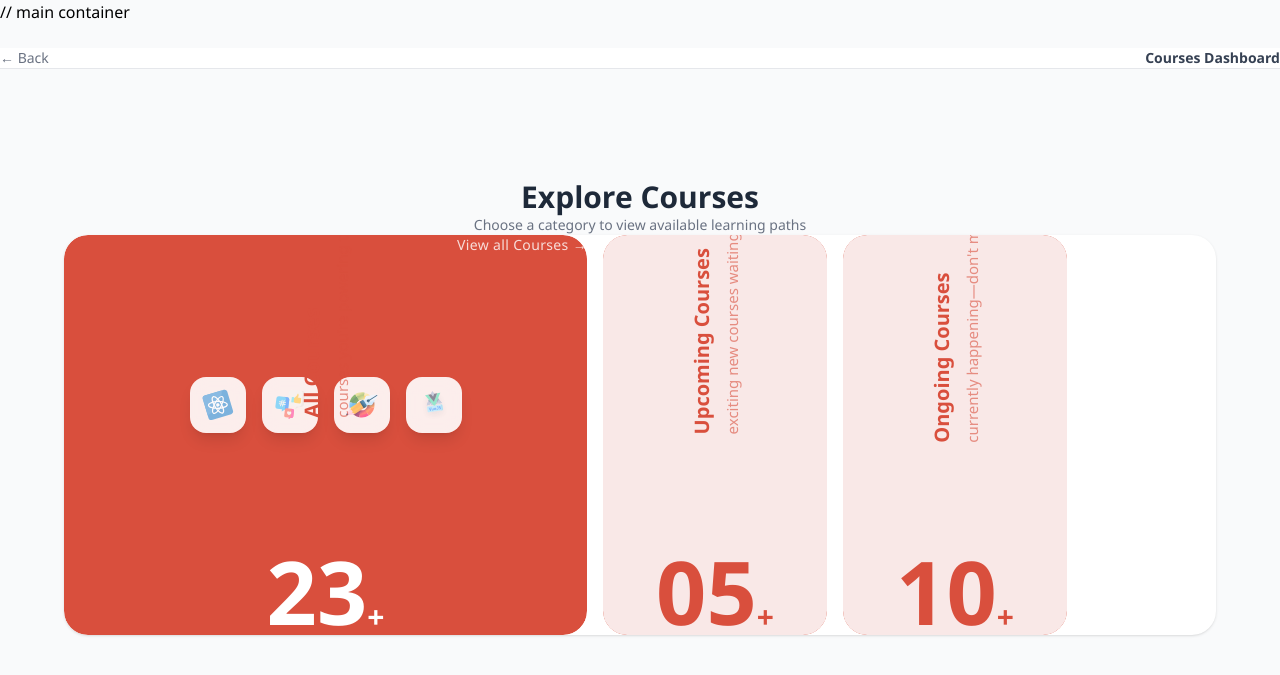
Repository: RahulRajKhadka/nextjs-dashboard-app
Page: /task2
These files come from the project's save history. The page is drawn as it stood at one moment and after the next save; the edit follows.
The browser window is 1280 px wide. The pictures show the whole page.
The project was rebuilt for these pictures with package versions that can differ from the ones it lists, and the page was loaded fresh each time. The framework's server and built-in components were replaced by stand-ins that run in the browser. Also part of the build but not shown: next.config.ts.

Above is the page before, as saved 2026-04-11 11:47:39.

### src/app/layout.tsx
import type { Metadata } from "next";
import "./globals.css";

export const metadata: Metadata = {
  title: "SkillShikshya Tasks",
  description: "Frontend & Logical Tasks",
};

export default function RootLayout({
  children,
}: {
  children: React.ReactNode;
}) {
  return (
    <html lang="en">
      <body>{children}</body>
    </html>
  );
}

### src/app/task2/page.tsx
"use client";
import dynamic from "next/dynamic";
import Link from "next/link";

const CourseCards = dynamic(() => import("@/components/task2/CourseCards"), {
  loading: () => (
    <div className="flex items-center justify-center h-[300px] text-gray-400 text-sm">
      Loading courses...
    </div>
  ),
  ssr: false,
});

export default function Task2Page() {
  return (
    <main className="min-h-screen bg-gray-50 flex flex-col gap-6 "> // main container

      {/* Top Bar */}
      <div className="flex items-center justify-between px-6 md:px-10 py-4 border-b border-gray-200 bg-white">
        <Link
          href="/"
          className="text-sm text-gray-500 hover:text-gray-900 transition-colors"
        >
          ← Back
        </Link>

        <span className="text-sm font-semibold text-gray-700">
          Courses Dashboard
        </span>
      </div>

      {/* Centered Content */}
      <div className="flex-1 flex items-center justify-center px-4 py-10">

        <div className="w-full max-w-6xl">

          {/* Heading */}
          <div className="mb-8 text-center mt-10">
            <h1 className="text-3xl font-bold text-gray-800">
              Explore Courses
            </h1>
            <p className="text-gray-500 text-sm mt-2">
              Choose a category to view available learning paths
            </p>
          </div>

          {/* Cards */}
          <div className="bg-white rounded-3xl shadow-sm p-4 md:p-6">
            <CourseCards />
          </div>

        </div>

      </div>
    </main>
  );
}

### src/app/globals.css
@import "tailwindcss";

* {
  margin: 0;
  padding: 0;
  box-sizing: border-box;
}

html {
  scroll-behavior: smooth;
}

body {
  font-family: "Segoe UI", sans-serif;
  background-color: #f5f5f5;
}

.vertical-text {
  writing-mode: vertical-rl;
  transform: rotate(180deg);
}

### src/components/task2/CourseCards.tsx
"use client";

import { useState, useRef, useLayoutEffect } from "react";
import CourseCard from "./CourseCard";
import { courseCardsData } from "./courseCardsData";
import gsap from "gsap";

export default function CourseCards() {
  const [expandedId, setExpandedId] = useState<number>(1);
  const cardRefs = useRef<(HTMLDivElement | null)[]>([]);
  const containerRef = useRef<HTMLDivElement>(null);
  const expandedWidth = useRef(0);
  const collapsedWidth = useRef(0);
  const isAnimating = useRef(false);

  useLayoutEffect(() => {
    const container = containerRef.current;
    if (!container) return;

    const totalWidth = container.clientWidth;
    const gap = 16;
    const totalGap = gap * (courseCardsData.length - 1);
    const unit = (totalWidth - totalGap) / courseCardsData.length;
    expandedWidth.current = unit * 1.4;
    collapsedWidth.current = unit * 0.6;

    cardRefs.current.forEach((el, i) => {
      if (el) {
        gsap.set(el, {
          width:
            courseCardsData[i].id === expandedId
              ? expandedWidth.current
              : collapsedWidth.current,
        });
      }
    });
  }, [expandedId]);

  const labelElements = useRef<Map<number, HTMLDivElement>>(new Map());
  const numberElements = useRef<Map<number, HTMLDivElement>>(new Map());

  const setLabelRef = (id: number) => (el: HTMLDivElement | null) => {
    if (el) labelElements.current.set(id, el);
    else labelElements.current.delete(id);
  };

  const setNumberRef = (id: number) => (el: HTMLDivElement | null) => {
    if (el) numberElements.current.set(id, el);
    else numberElements.current.delete(id);
  };

  const handleClick = (courseId: number) => {
    if (courseId === expandedId || isAnimating.current) return;

    const prevIndex = courseCardsData.findIndex(
      (c) => c.id === expandedId
    );
    const newIndex = courseCardsData.findIndex(
      (c) => c.id === courseId
    );
    const newCourse = courseCardsData[newIndex];

    const oldLabel = labelElements.current.get(expandedId);
    const oldNumber = numberElements.current.get(expandedId);
    const newLabel = labelElements.current.get(courseId);
    const newNumber = numberElements.current.get(courseId);

    if (!newLabel || !newNumber) return;

    isAnimating.current = true;

    const tl = gsap.timeline({
      onComplete: () => {
        isAnimating.current = false;
      },
    });

    tl.to(
      cardRefs.current[prevIndex],
      {
        width: collapsedWidth.current,
        duration: 0.5,
        ease: "power3.inOut",
      },
      0
    );

    if (oldLabel) {
      tl.to(
        oldLabel,
        {
          rotation: -90,
          x: 0,
          y: 0,
          color: newCourse.textColor,
          duration: 0.5,
          ease: "power2.inOut",
        },
        0
      );
    }

    if (oldNumber) {
      tl.to(
        oldNumber,
        {
          color: newCourse.textColor,
          duration: 0.3,
        },
        0
      );
    }

    tl.call(() => {
      setExpandedId(courseId);
    }, null, 0.25);

    tl.to(
      cardRefs.current[newIndex],
      {
        width: expandedWidth.current,
        duration: 0.5,
        ease: "power3.inOut",
      },
      0.25
    );

    const labelRect = newLabel.getBoundingClientRect();
    const numberRect = newNumber.getBoundingClientRect();
    const gap = 16;

    const targetX =
      numberRect.right +
      gap -
      (labelRect.left + labelRect.width / 2);
    const targetY =
      numberRect.top +
      numberRect.height / 2 -
      (labelRect.top + labelRect.height / 2);

    tl.fromTo(
      newLabel,
      {
        rotation: -90,
        x: 0,
        y: 0,
        color: newCourse.textColor,
      },
      {
        rotation: 0,
        x: targetX,
        y: targetY,
        color: "#ffffff",
        duration: 0.5,
        ease: "back.out(0.3)",
      },
      0.25
    );

    tl.to(
      newNumber,
      {
        color: "#ffffff",
        duration: 0.3,
      },
      0.4
    );
  };

  return (
    <div
      ref={containerRef}
      className="flex gap-4 box-border w-full my-8 min-h-[200px] md:min-h-[200px] lg:min-h-[400px]"
    >
      {courseCardsData.map((course, i) => (
        <div
          key={course.id}
          ref={(el) => {
            cardRefs.current[i] = el;
          }}
          className="shrink-0 overflow-hidden my-auto rounded-3xl"
        >
          <CourseCard
            course={course}
            isExpanded={expandedId === course.id}
            direction={i === 0 ? "right" : "left"}
            isLeftmost={i === 0}
            onClick={() => handleClick(course.id)}
            setLabelRef={setLabelRef(course.id)}
            setNumberRef={setNumberRef(course.id)}
          />
        </div>
      ))}
    </div>
  );
}

### src/components/task2/CourseCard.tsx
"use client";

import Image from "next/image";
import { useRef, useLayoutEffect } from "react";
import { CourseCard as CourseCardType } from "@/types";
import gsap from "gsap";

interface Props {
  course: CourseCardType;
  isExpanded: boolean;
  onClick: () => void;
  direction: "left" | "right";
  isLeftmost?: boolean;
  setLabelRef: (el: HTMLDivElement | null) => void;
  setNumberRef: (el: HTMLDivElement | null) => void;
}

export default function CourseCard({
  course,
  isExpanded,
  onClick,
  direction,
  isLeftmost = false,
  setLabelRef,
  setNumberRef,
}: Props) {
  const numberRef = useRef<HTMLDivElement>(null);
  const collapsedLabelRef = useRef<HTMLDivElement>(null);
  const iconsRef = useRef<(HTMLSpanElement | null)[]>([]);
  const topbarRef = useRef<HTMLDivElement>(null);
  const expandedViewRef = useRef<HTMLDivElement>(null);
  const circleRef = useRef<HTMLDivElement>(null);

  // Pass refs to parent
  useLayoutEffect(() => {
    setLabelRef(collapsedLabelRef.current);
    setNumberRef(numberRef.current);
  }, [setLabelRef, setNumberRef]);

  // Internal animations (circle, number colour, topbar, icons) – label is handled by parent
  useLayoutEffect(() => {
    if (!numberRef.current || !circleRef.current) return;

    if (isExpanded) {
      const tl = gsap.timeline();
      gsap.set(expandedViewRef.current, { display: "grid" });

      tl.to(circleRef.current, {
        clipPath: "circle(0% at 0% 100%)",
        duration: 0.8,
        ease: "power3.inOut",
      }, 0);

      tl.to(numberRef.current, {
        color: "#ffffff",
        duration: 0.3,
      }, 0.2);

      const topbarFromX = direction === "left" ? 60 : -60;
      tl.fromTo(topbarRef.current,
        { opacity: 0, y: -15, x: topbarFromX },
        { opacity: 1, y: 0, x: 0, duration: 0.5, ease: "power2.out" },
        0.3
      );

      const iconsFromX = direction === "left" ? 120 : -120;
      gsap.set(iconsRef.current, { x: iconsFromX, opacity: 0 });
      iconsRef.current.forEach((icon, i) => {
        tl.to(icon, {
          x: 0,
          opacity: 1,
          duration: 0.4,
          ease: "power2.out",
        }, 0.4 + i * 0.08);
      });
    } else {
      const tl = gsap.timeline();

      tl.to(circleRef.current, {
        clipPath: "circle(130% at 0% 80%)",
        duration: 0.6,
        ease: "power3.inOut",
      }, 0);

      tl.to(numberRef.current, {
        color: course.textColor,
        duration: 0.3,
      }, 0.1);

      tl.set(expandedViewRef.current, { display: "none" }, 0.3);
      tl.set(iconsRef.current, { clearProps: "x,opacity" }, 0.4);
      tl.set(topbarRef.current, { clearProps: "x,y,opacity" }, 0.4);
    }
  }, [isExpanded, direction, course.textColor]);

  return (
    <div
      onClick={onClick}
      className="relative rounded-3xl overflow-hidden cursor-pointer h-full w-full"
      style={{ backgroundColor: course.bgExpanded }}
    >
      {/* Background circle */}
      <div
        ref={circleRef}
        className="absolute inset-0 z-[1]"
        style={{ backgroundColor: course.bg, clipPath: "circle(150% at 0% 100%)" }}
      />

   <div className="absolute inset-0 z-[3] flex flex-col justify-between items-center pointer-events-none py-6">

  {/* Label - sits at top */}
  <div
    ref={collapsedLabelRef}
    className="flex flex-col gap-1"
    style={{ transform: "rotate(-90deg)", color: course.textColor }}
  >
    <span className="font-bold text-[20px] whitespace-nowrap">{course.label}</span>
    <p className="text-[15px] opacity-60 whitespace-nowrap">{course.sublabel}</p>
  </div>

  {/* Number - sits at bottom */}
  <div ref={numberRef} style={{ color: course.textColor }}>
    <div className="flex items-end">
      <span className="font-black leading-none" style={{ fontSize: "clamp(3.5rem,7vw,5.5rem)" }}>
        {String(course.count).padStart(2, "0")}
      </span>
      <span className="font-black text-3xl mb-2 ml-1">+</span>
    </div>
  </div>

</div>

      {/* EXPANDED VIEW – unchanged */}
      <div
        ref={expandedViewRef}
        className="absolute inset-0 z-[2] p-5"
        style={{ display: isExpanded ? "grid" : "none", gridTemplateRows: "auto 1fr auto" }}
      >
        <div ref={topbarRef} className="flex justify-end mt-40 opacity-0">
          <span className="text-white/80 text-sm font-medium tracking-wide">
            View all Courses →
          </span>
        </div>
        <div className="flex gap-4 items-center justify-center">
          {course.icons?.map((iconPath, i) => (
            <span
              key={i}
              ref={(el) => (iconsRef.current[i] = el)}
              className="w-14 h-14 rounded-2xl bg-white/90 backdrop-blur-sm flex items-center justify-center shadow-lg"
            >
              <Image src={iconPath} alt="" width={32} height={32} className="opacity-80" />
            </span>
          ))}
        </div>
        <div className="h-20" />
      </div>
    </div>
  );
}

### src/components/task2/courseCardsData.ts
import { CourseCard } from "@/types";

export const courseCardsData: CourseCard[] = [
  {
    id: 1,
    count: "23",
    label: "All Courses",
    sublabel: "courses you're powering through right now.",
    bg: "#F9E8E7",        // ← was "#D94F3D", should be light pink
    textColor: "#D94F3D",  // ← was "white", red for collapsed state
    bgExpanded: "#D94F3D",
    icons: ["/images/react.svg", "/images/likes.svg", "/images/design.svg", "/images/view.svg"],
  },
  {
    id: 2,
    count: "05",
    label: "Upcoming Courses",
    sublabel: "exciting new courses waiting to boost your skills.",
    bg: "#F9E8E7",
    textColor: "#D94F3D",
    bgExpanded: "#D94F3D",
    icons: ["/images/react.svg", "/images/likes.svg", "/images/design.svg", "/images/view.svg"],
  },
  {
    id: 3,
    count: "10",
    label: "Ongoing Courses",
    sublabel: "currently happening—don't miss out on the action!",
    bg: "#F9E8E7",
    textColor: "#D94F3D",
    bgExpanded: "#D94F3D",
    icons: ["/images/react.svg", "/images/likes.svg", "/images/design.svg", "/images/view.svg"],
  },
];

After the next save:
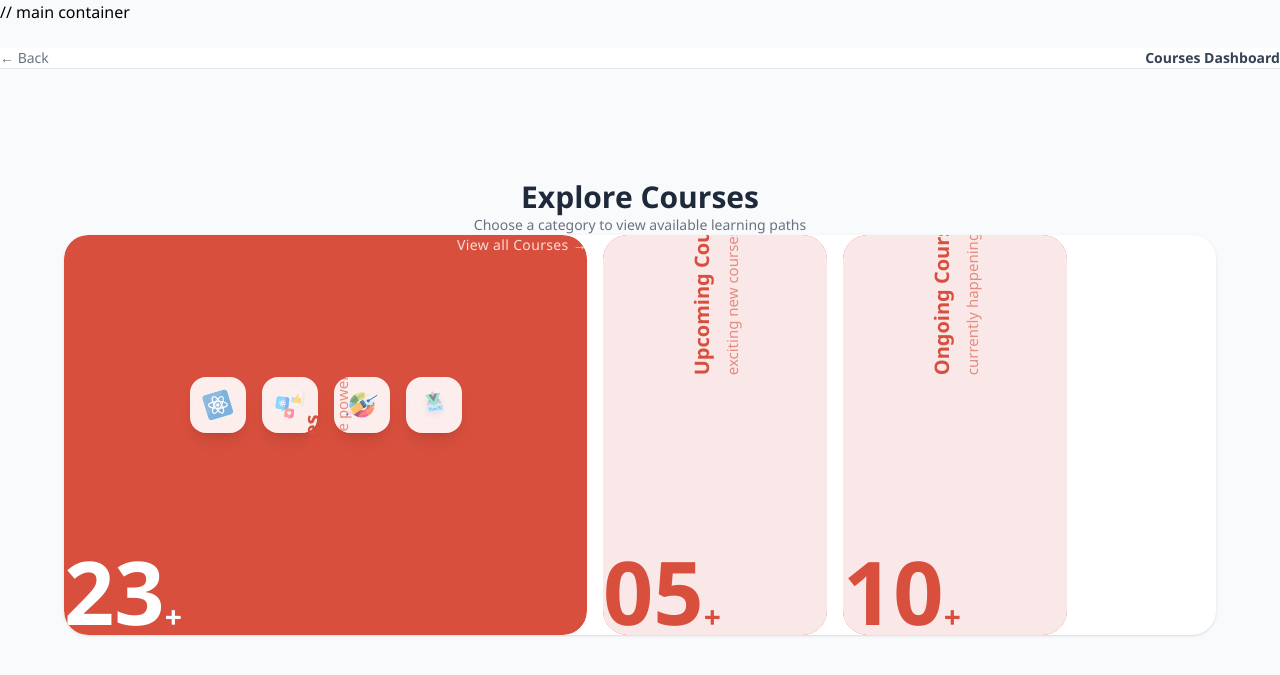
Saved 23 s later.
--- a/src/components/task2/CourseCard.tsx
+++ b/src/components/task2/CourseCard.tsx
@@ -106,7 +106,7 @@ export default function CourseCard({
         style={{ backgroundColor: course.bg, clipPath: "circle(150% at 0% 100%)" }}
       />
 
-   <div className="absolute inset-0 z-[3] flex flex-col justify-between items-center pointer-events-none py-6">
+   <div className="absolute inset-0 z-[3] flex flex-col justify-between  pointer-events-none py-6">
 
   {/* Label - sits at top */}
   <div
